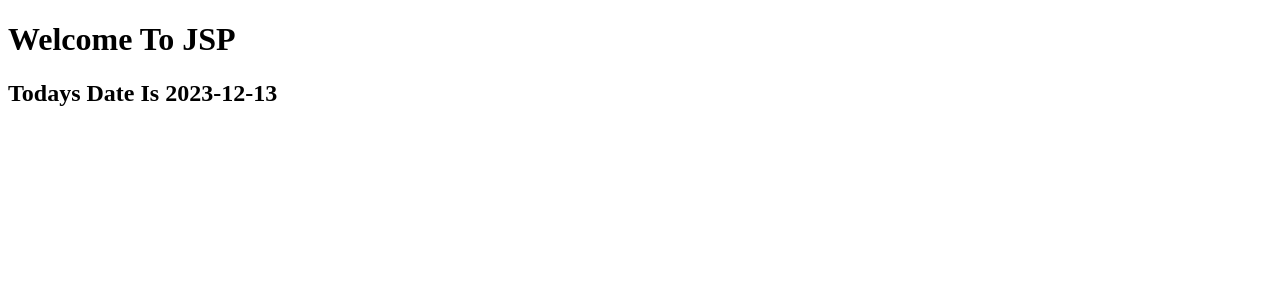
Repository: yashdpatil/Advanced_java
Page: http://localhost/MVC/Hello.jsp
An editor plug-in stored every save of this project. The page is shown before and after the next save, followed by the edit.
The browser window is 1280 px wide. The pictures show the whole page.
The page is served by Tomcat 9.

Above is the page before, as saved 2023-12-14 04:52:20.

After the next save:
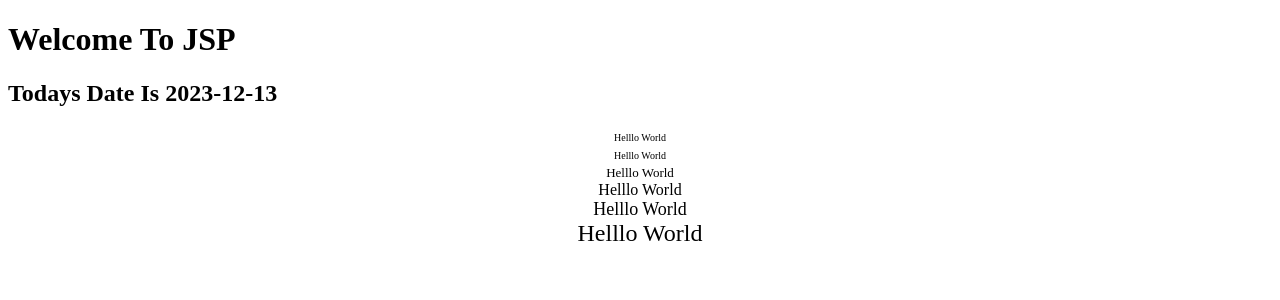
Saved 32 s later.
--- a/MVC/src/main/webapp/Hello.jsp
+++ b/MVC/src/main/webapp/Hello.jsp
@@ -14,7 +14,7 @@
 
 <center>
 <%
-for(int i=5;i<1;i--){
+for(int i =0;i<6;i++){
 %>
 <font size="<%= i %>">Helllo World</font><br />
 

After the save that followed:
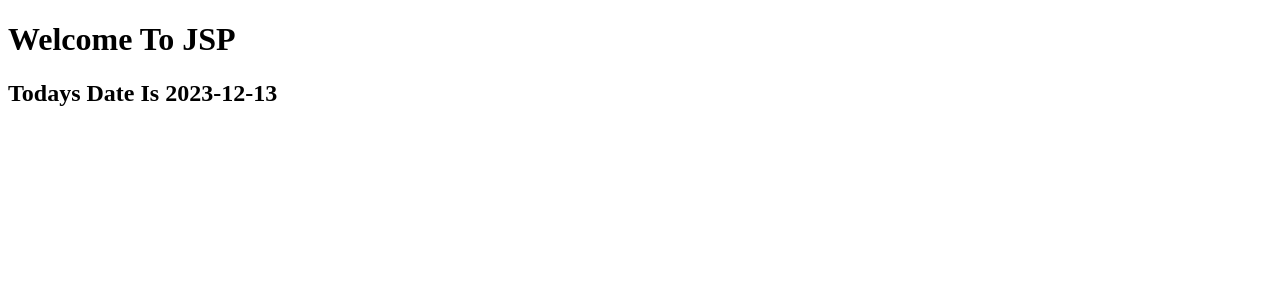
Saved 2 min 24 s later.
--- a/MVC/src/main/webapp/Hello.jsp
+++ b/MVC/src/main/webapp/Hello.jsp
@@ -14,7 +14,7 @@
 
 <center>
 <%
-for(int i =0;i<6;i++){
+for(int i =0;i>6;i++){
 %>
 <font size="<%= i %>">Helllo World</font><br />
 
